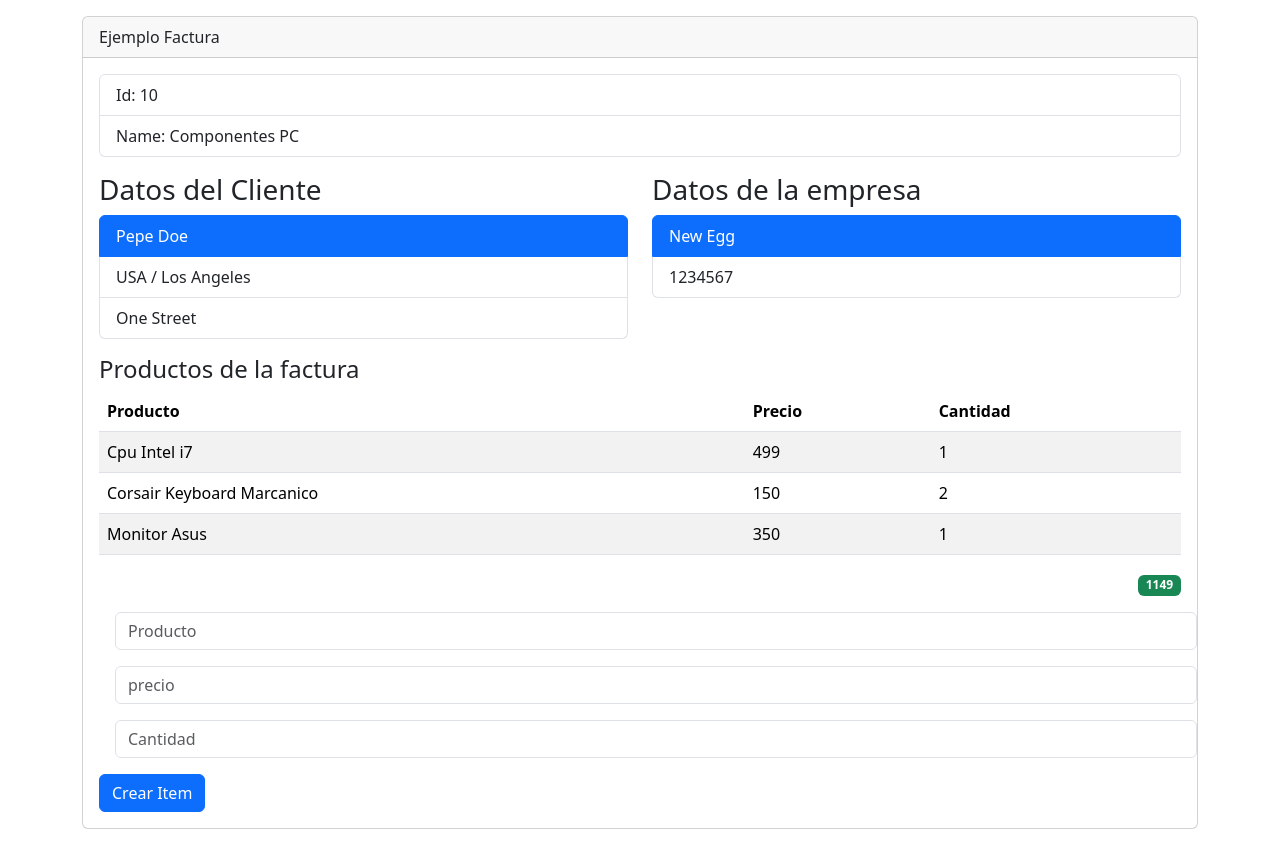
Repository: bryanesteban/4-invoice-app
Page: /
An editor plug-in stored every save of this project. The page is shown before and after the next save, followed by the edit.
The browser window is 1280 px wide. The pictures show the whole page.
The project was rebuilt for these pictures with package versions that can differ from the ones it lists, and the page was loaded fresh each time. Also part of the build but not shown: vite.config.js.

Above is the page before, as saved 2023-11-13 18:31:57.

### index.html
<!doctype html>
<html lang="en">
  <head>
    <meta charset="UTF-8" />
    <link rel="icon" type="image/svg+xml" href="/vite.svg" />
    <link href="https://cdn.jsdelivr.net/npm/bootstrap@5.3.2/dist/css/bootstrap.min.css" rel="stylesheet" integrity="sha384-T3c6CoIi6uLrA9TneNEoa7RxnatzjcDSCmG1MXxSR1GAsXEV/Dwwykc2MPK8M2HN" crossorigin="anonymous">
    <meta name="viewport" content="width=device-width, initial-scale=1.0" />
    <title>Vite + React</title>
  </head>
  <body>
    <div id="root"></div>
    <script type="module" src="/src/main.jsx"></script>
  </body>
</html>

### src/main.jsx
import React from 'react'
import ReactDOM from 'react-dom/client'
import { InvoiceApp } from './InvoiceApp'


ReactDOM.createRoot(document.getElementById('root')).render(
  <React.StrictMode>
    <InvoiceApp />
  </React.StrictMode>,
)

### src/InvoiceApp.jsx
import { getInvoice } from "./services/getInvoice"
import { ClientView } from "./components/ClientView";
import { CompanyView } from "./components/CompanyView";
import { InvoiceView } from "./components/InvoiceView";
import { ListItemsView } from "./components/ListItemsView";
import { TotalView } from "./components/totalView";
import { useState } from "react";


export const InvoiceApp = () =>{

    const {id, name, client, company, items: itemsInitial, total} = getInvoice();

    const [productValue, setProductValue] = useState('');
    const [priceValue, setPriceValue] = useState(0);
    const [quantityValue, setQuantityValue] = useState(0);

    const [items, setItems] = useState(itemsInitial);

    return(
       <>
        <div className="container">

            <div className="card my-3" >

                <div className= "card-header">

                    Ejemplo Factura
                </div>

                <div className="card-body">
                       <InvoiceView id= {id} name ={name}/>
                    <div className="row my-3">
                        <div className="col">
                           <ClientView title= "Datos del Cliente" client = {client} />
                        </div>
                        <div className="col">
                           <CompanyView title= "Datos de la empresa" company ={company} />
                        </div>
                    </div>
                    <ListItemsView title="Productos de la factura" items={items} />
                    <TotalView total={total}></TotalView>
                    <form onSubmit={ event =>{
                        event.preventDefault();

                        setItems([...items, { key: 4, product: productValue, price: priceValue, quantity: quantityValue}])
                    }}>
                        <input type="text"
                               name="product"
                               placeholder="Producto" className="form-control m-3" onChange={event =>{
                               setProductValue(event.target.value)
                               console.log(event.target.value)
                               }}/>

                        <input type="text"
                               name="price"
                               placeholder="precio" className="form-control m-3" onChange={event =>{
                                setPriceValue(event.target.value)
                                console.log(event.target.value)
                               }}/>

                        <input type="text"
                               name="quantity"
                               placeholder="Cantidad" className="form-control m-3" onChange={event =>{
                                setQuantityValue(event.target.value)
                                console.log(event.target.value)
                               }}/>
                        <button type ="submit" className="btn btn-primary">Crear Item</button>
                    </form>
                </div>
            </div>
        </div>

       </>
    )
}

### src/services/getInvoice.js
import { invoice } from "../data/invoice"

export const getInvoice = () => {

    //console.log(invoice);

    /*let total = 0;
    invoice.items.forEach( items =>{
        total =total + items.price * items.quantity;

    });*/

    const total = invoice.items
        .map( item => item.price * item.quantity)
        .reduce((accumulator,currentValue) => accumulator + currentValue, 0)

    return {...invoice,total};
}

### src/components/ClientView.jsx
import PropTypes from 'prop-types';

export const ClientView = ({title, client}) =>{
    const {
        name: nameClient,
        lastname,
        address:{
            country,
            city,
            street,
            number}
         } = client;

    //const { country, city, street, number} = address;

    return (
        <>
         <h3>{title}</h3>
                            <ul className="list-group">
                                <li className="list-group-item active">{nameClient} {lastname}</li>
                                <li className="list-group-item">{country} / {city}</li>
                                <li className="list-group-item">{street} {number}</li>
                            </ul>
        </>
    )
}

ClientView.protoTypes ={
    title: PropTypes.string.isRequired,
    client: PropTypes.object.isRequired,
}

### src/components/CompanyView.jsx
import PropTypes from 'prop-types';

export const CompanyView = ({title, company}) => {


    return (
        <>
        <h3>{ title }</h3>
                            <ul className="list-group">
                                <li className="list-group-item active"> {company.name}</li>
                                <li className="list-group-item"> {company.fiscalNumber}</li>
                            </ul>
        </>
    )
}

CompanyView.propTypes = {
    title: PropTypes.string.isRequired,
    company: PropTypes.object.isRequired,

}

### src/components/InvoiceView.jsx
import PropTypes from 'prop-types';
export const InvoiceView = ({id, name}) =>{

    return (
        <>
         <ul className ="list-group">
                            <li className="list-group-item">Id: {id}</li>
                            <li className="list-group-item">Name: {name}</li>
                        </ul>

        </>
    )
}

InvoiceView.propTypes = {
    id: PropTypes.number.isRequired,
    name: PropTypes.string.isRequired
}

### src/components/ListItemsView.jsx
import { RowItemView } from "./RowItemView"
import PropTypes from 'prop-types';

export const ListItemsView  = ({title, items}) => {

    return (
        <>
        <h4> {title}</h4>
                    <table className="table table-striped table-hover">
                        <thead>
                            <tr>
                                <th>Producto</th>
                                <th>Precio</th>
                                <th>Cantidad</th>
                            </tr>
                        </thead>
                        <tbody>
                            {items.map(({id, producto, price,quantity}) => (
                                    <RowItemView key={ id } product={producto} price={price} quantity={quantity} />
                            ))}
                        </tbody>

                    </table>
        </>
    )

}

ListItemsView.propTypes = {
    title : PropTypes.string.isRequired,
    items: PropTypes.array.isRequired,
}

### src/components/totalView.jsx
export const TotalView  = ({total}) =>{


    return (
    <>
    <div className="text-end">
        <span className="badge bg-success">{total}</span>
    </div>
    </>
    )
}

### src/data/invoice.js
export const invoice ={
    id: 10,
    name: 'Componentes PC',
    client:{
        name:'Pepe',
        lastname:'Doe',
        address:{
            country:'USA',
            city: 'Los Angeles',
            street:' One Street',
            numeber:12
        }
    },
        company:{
            name:'New Egg',
            fiscalNumber: 1234567,
        },
        items: [
           {
            id: 1,
            producto: 'Cpu Intel i7',
            price: 499,
            quantity: 1,
           },
           {
            id: 2,
            producto: 'Corsair Keyboard Marcanico',
            price: 150,
            quantity: 2,
           },
           {
            id: 3,
            producto: 'Monitor Asus',
            price: 350,
            quantity: 1,
           },

        ]


}

### src/components/RowItemView.jsx
import PropTypes from 'prop-types';

export const RowItemView = ({product, price, quantity}) => {
    return (
        <>
             <tr >
                    <td>{product}</td>
                    <td>{price}</td>
                    <td>{quantity}</td>
            </tr>
        </>
    )
}


RowItemView.propTypes = {
    product :  PropTypes.string.isRequired,
    price : PropTypes.number.isRequired,
    quantity : PropTypes.number.isRequired,
}

After the next save:
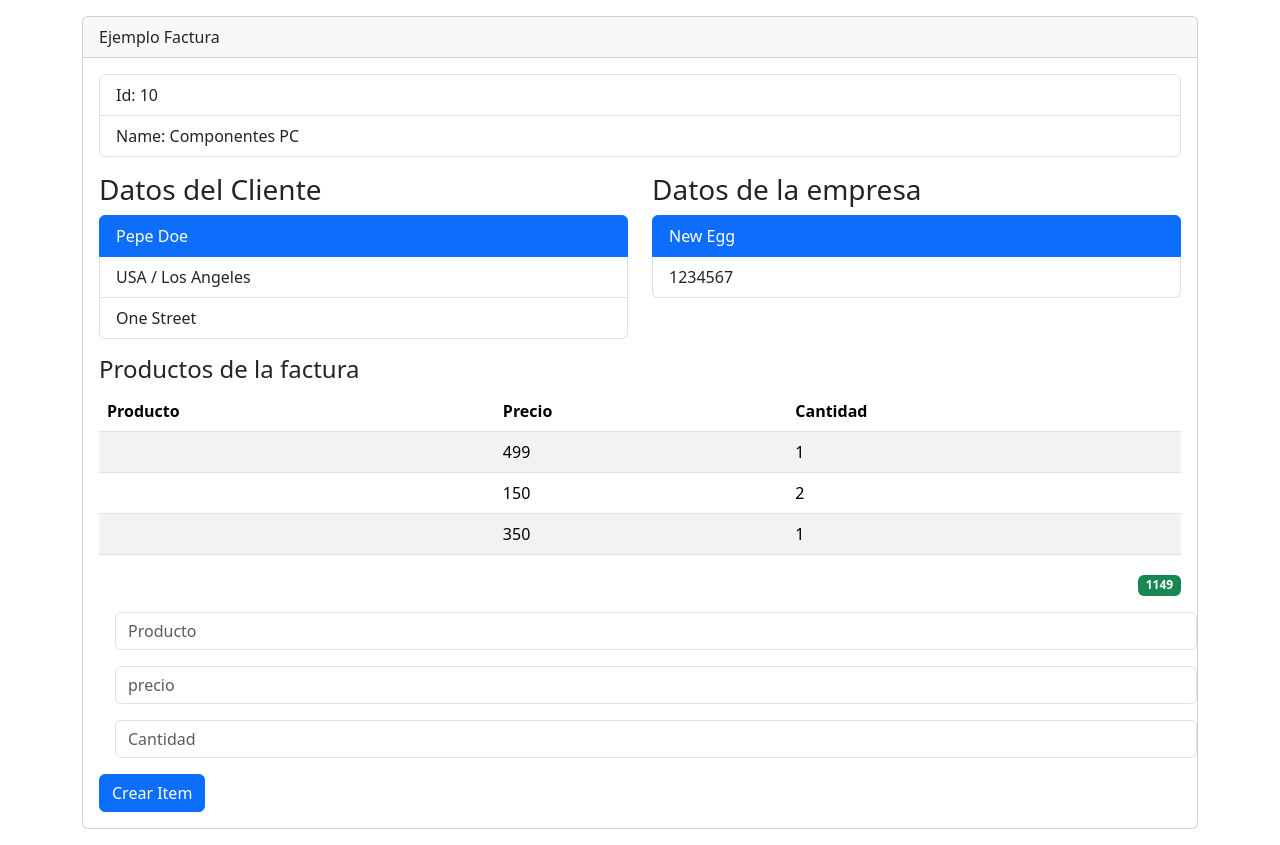
Saved 43 s later.
--- a/src/data/invoice.js
+++ b/src/data/invoice.js
@@ -18,19 +18,19 @@ export const invoice ={
         items: [
            {
             id: 1,
-            producto: 'Cpu Intel i7',
+            product: 'Cpu Intel i7',
             price: 499,
             quantity: 1,
            },
            {
             id: 2,
-            producto: 'Corsair Keyboard Marcanico',
+            product: 'Corsair Keyboard Marcanico',
             price: 150,
             quantity: 2,
            },
            {
             id: 3,
-            producto: 'Monitor Asus',
+            product: 'Monitor Asus',
             price: 350,
             quantity: 1,
            },

After the save that followed:
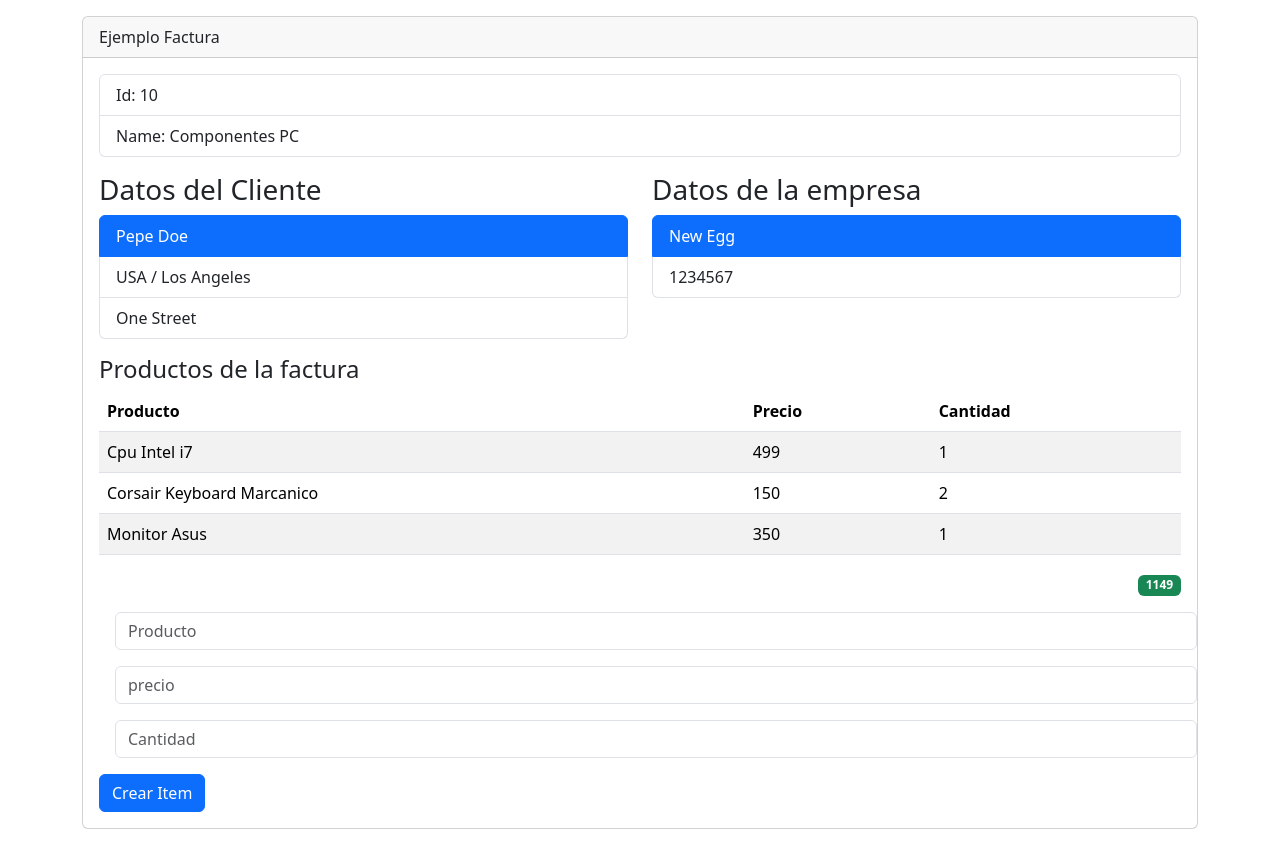
Saved 33 s later.
--- a/src/components/ListItemsView.jsx
+++ b/src/components/ListItemsView.jsx
@@ -15,8 +15,8 @@ export const ListItemsView  = ({title, items}) => {
                             </tr>
                         </thead>
                         <tbody>
-                            {items.map(({id, producto, price,quantity}) => (
-                                    <RowItemView key={ id } product={producto} price={price} quantity={quantity} />
+                            {items.map(({id, product, price,quantity}) => (
+                                    <RowItemView key={ id } product={product} price={price} quantity={quantity} />
                             ))}
                         </tbody>
 
